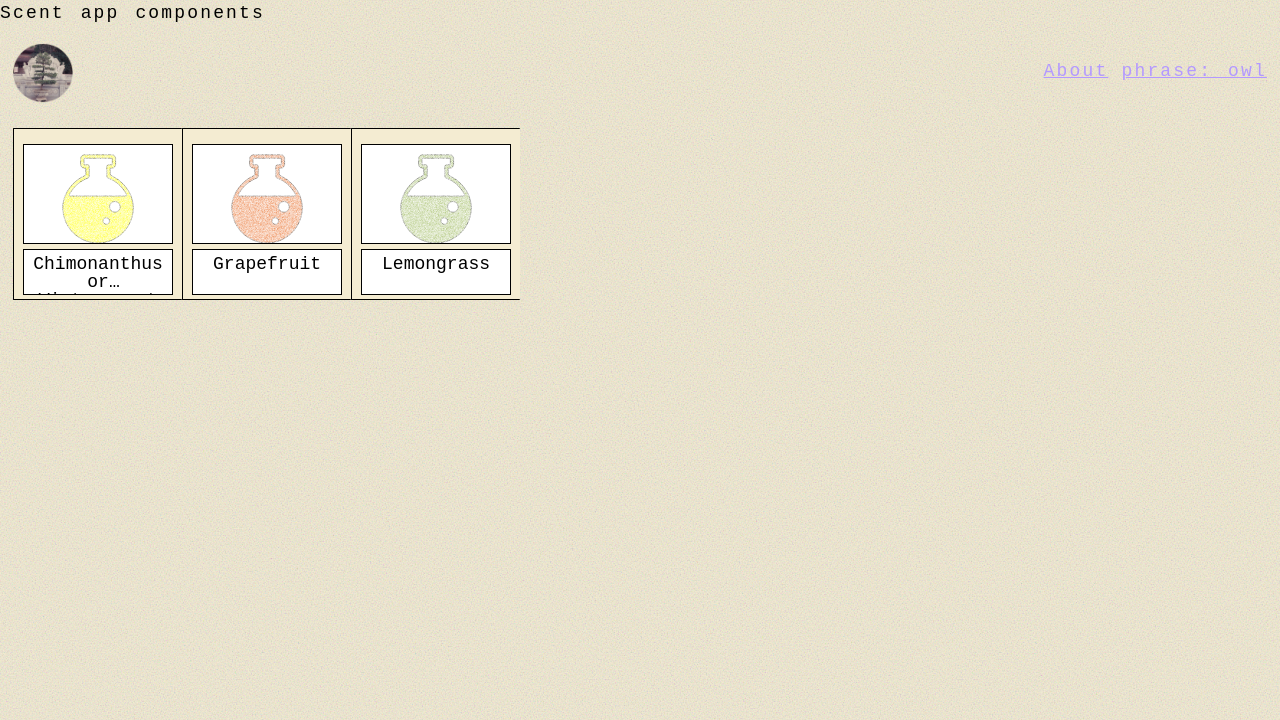
Repository: magiai/scent-app
Page: /
The author's editor kept a copy of each file at every save. The page is drawn from the files as they stood at one save, then again after a run of saves.
The browser window is 1280 px wide. The pictures show the whole page.
The project was rebuilt for these pictures with package versions that can differ from the ones it lists, and the page was loaded fresh each time. The framework's server and built-in components were replaced by stand-ins that run in the browser.

Above is the page before, as saved 2022-12-01 11:28:40.

After the next 3 saves:
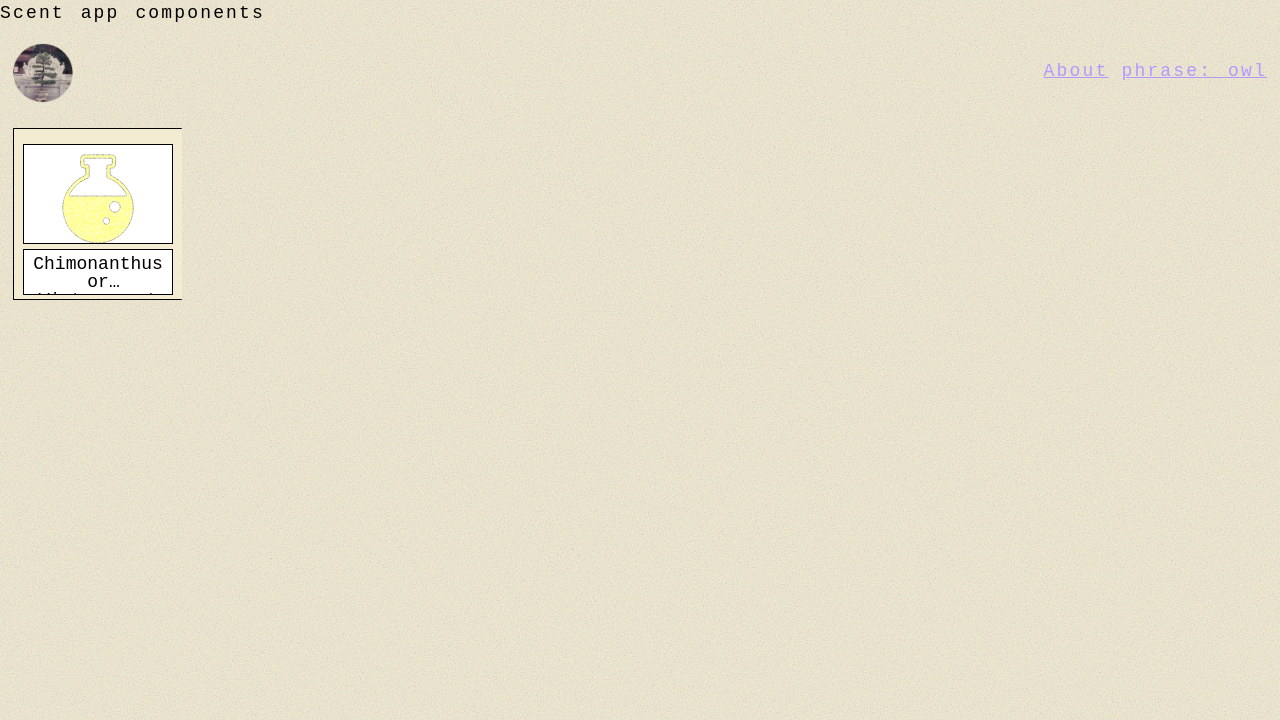
The 3 saves are shown as one change because 2 did not build or start.
The last was saved 4 min 4 s later.
--- a/pages/index.tsx
+++ b/pages/index.tsx
@@ -1,8 +1,10 @@
 import Head from 'next/head';
 import Layout from '../components/Layout';
 import { Scent } from '../components/scent/Scent';
+import { scentFamiliesData } from '../app/scentFamieliesData';
 
 export default function Home() {
+    console.log(scentFamiliesData);
   return (
     <Layout>
       <Head>
@@ -11,11 +13,9 @@
 
       <main>
         <Scent liquidColor="yellow"
-            label = "Chimonanthus or Wintersweet" />
-        <Scent liquidColor="#e9702c"
-                label = "Grapefruit" />
-        <Scent liquidColor="#9db95d"
-                label = "Lemongrass" />
+            label = "Chimonanthus or Wintersweet"
+            isBasic = {false} />
+
       </main>
 
     </Layout>
--- a/app/scentFamieliesData.ts
+++ b/app/scentFamieliesData.ts
@@ -1,4 +1,4 @@
-export const scentFamilies = [
+export const scentFamiliesData = [
     {
         "scentFamilyId": 1,
         "name":"citrus",
